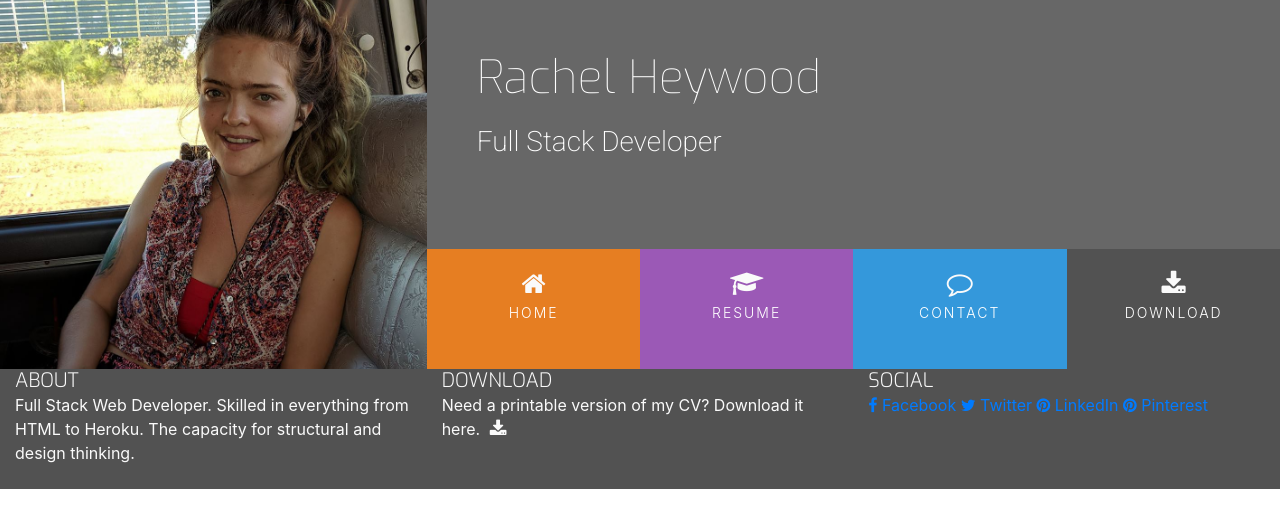
Repository: Heywood93/resume
Page: index.html
The author's editor kept a record of every edit. The page is drawn from the files as they stood at one moment, then again after the next edit.
The browser window is 1280 px wide. The pictures show the whole page.

Above is the page before.

### index.html
<!DOCTYPE html>
<html lang="en">
<head>
    <meta charset="UTF-8">
    <meta name="viewport" content="width=device-width, initial-scale=1.0">
    <meta http-equiv="X-UA-Compatible" content="ie=edge">
    <link rel="stylesheet" href="https://stackpath.bootstrapcdn.com/bootstrap/4.3.1/css/bootstrap.min.css" type="text/css" />
    <link rel="stylesheet" href="https://stackpath.bootstrapcdn.com/font-awesome/4.7.0/css/font-awesome.min.css" type="text/css" />
    <link rel="stylesheet" href="https://cdnjs.cloudflare.com/ajax/libs/hover.css/2.3.1/css/hover-min.css" type="text/css" />
    <link rel="stylesheet" href="assets/css/style.css" type="text/css" />
    <title>Rachel Heywood</title>
</head>
<body>
    <header>
        <div class="row no-gutters">
            <a href="index.html" class="col-md-4 logo">

            </a>
            <div class="col-md-8">
                <div class="row no-gutters bg-color-name-title">
                    <div class="col heading">
                        <h1 class="name">Rachel Heywood</h1>
                        <h2 class="title">Full Stack Developer</h2>
                    </div>
                </div>
                <div class="row no-gutters">
                    <div class="col">
                        <ul id="nav" class="list-inline menucontainer">
                            <li class="col-6 col-sm-3 ui-menu-color-home list-inline-item menuitem">
                                <a href="#" class="hvr-sweep-to-bottom"><i class="fa fa-home" aria-hidden="true"></i><span>Home</span></a>
                            </li>
                            <li class="col-6 col-sm-3 ui-menu-color-resume list-inline-item menuitem">
                                <a href="#" class="hvr-sweep-to-bottom"><i class="fa fa-graduation-cap" aria-hidden="true"></i><span>Resume</span></a>
                            </li>
                            <li class="col-6 col-sm-3 ui-menu-color-contact list-inline-item menuitem">
                                <a href="#" class="hvr-sweep-to-bottom"><i class="fa fa-comment-o" aria-hidden="true"></i><span>Contact</span></a>
                            </li>
                            <li class="col-6 col-sm-3 ui-menu-color-download list-inline-item menuitem">
                                <a href="#" class="hvr-sweep-to-bottom"><i class="fa fa-download" aria-hidden="true"></i><span>Download</span></a>
                            </li>
                        </ul>
                    </div>
                </div>
            </div>
        </div>

    </header>
    <section>

    </section>
    <footer class="container-fluid">
        <div class="row">
            <div class="col-sm-4">
                <h5 class="uppercase general-sub">About</h5>
                <p class="inline-block">
                    Full Stack Web Developer. Skilled in everything from HTML to Heroku.
                    The capacity for structural and design thinking.
                </p>
            </div>
            <div class="col-sm-4">
                <h5 class="uppercase general-sub">Download</h5>
                <p class="inline-block">
                    Need a printable version of my CV? Download it here.
                    <a href="#" target="_blank" class="cv-pdf">
                        <i class="fa fa-download" aria-hidden="true"></i>
                        <span class="sr-only">Download link.</span>
                    </a>
                </p>
            </div>
            <div class="col-sm-4">
                <h5 class="uppercase general-sub">Social</h5>
                <ul class="list-inline social-links">
                    <li class="list-inline-item">
                        <a target="_blank" href="#">
                            <i class="fa fa-facebook" aria-hidden="true"></i>
                            <span class="sr-only"></span><span>Facebook</span>
                        </a>
                    </li>
                    <li class="list-inline-item">
                        <a target="_blank" href="#">
                            <i class="fa fa-twitter" aria-hidden="true"></i>
                            <span class="sr-only"></span><span>Twitter</span>
                        </a>
                    </li>
                    <li class="list-inline-item">
                        <a target="_blank" href="#">
                            <i class="fa fa-pinterest" aria-hidden="true"></i>
                            <span class="sr-only"></span><span>LinkedIn</span>
                        </a>
                    </li>
                    <li class="list-inline-item">
                        <a target="_blank" href="#">
                            <i class="fa fa-pinterest" aria-hidden="true"></i>
                            <span class="sr-only"></span><span>Pinterest</span>
                        </a>
                    </li>
                </ul>
            </div>
        </div>
    </footer>
</body>
</html>

### assets/css/style.css
@import url('https://fonts.googleapis.com/css?family=Roboto:100,200,300,400,500,600,700|Exo:100,200,300,400,500,600,700');

/*----------Colors */

.bg-color-name-title {
    background-color: #676767;
}

.ui-menu-color-home {
    background-color: #e67e22
}

.ui-menu-color-resume {
    background-color: #9b59b6
}

.ui-menu-color-contact {
    background-color: #3498db
}

.ui-menu-color-download {
    background-color: #525252
}

/*----------Special paddings/margins/text */

h1,
h2,
h3,
h4,
h5 {
    margin: 0;
}

.uppercase {
    text-transform: uppercase;
}

.general-sub {
    font-family: "Exo", sans-serif;
    font-weight: 300;
    color: #fafafa;
}

.inline-block {
    display: inline-block;
}

/*----------Heading */

header {
    margin: 0;
}

.heading {
    margin-left: 50px;
}

.logo {
    background: url(../images/profile-picture.jpg);
    background-position: center;
    background-repeat: no-repeat;
    background-size: cover;
    min-height: 360px;
    transition: all .5s ease-in-out;
    -moz-transition: all .5s ease-in-out;
    -webkit-transition: all .5s ease-in-out;
}

.name {
    font-family: "Exo", sans-serif;
    font-weight: 100;
    font-size: 46px;
    margin-top: 50px;
    color: #fff;
}

.title {
    font-family: "Roboto", sans-serif;
    font-weight: 200;
    font-size: 28px;
    margin-top: 20px;
    margin-bottom: 90px;
    color: #fff;
}

.list-inline-item:not(:last-child) {
    margin: 0;
}

.menucontainer {
    font-size: 0;
}

#nav {
    margin: 0;
}

#nav li {
    font-size: 14px;
    padding: 0;
}

.menuitem {
    height: 120px;
    text-align: center;
    padding: 0;
}

.menuitem a {
    width: 100%;
    text-decoration: none;
    color: #fff;
    height: 120px;
}

.menuitem a i {
    padding-top: 22px;
    display: block;
    color: #fafafa;
    font-size: 26px;
}

.menuitem span {
    display: block;
    width: 100%;
    padding-top: 5px;
    text-align: center;
    text-transform: uppercase;
    font-size: 14px;
    font-weight: 300;
    letter-spacing: 2px;
}

/*----------Hover.css */

.hvr-sweep-to-bottom:before {
    background: rgba(0, 0, 0, 0.2);
    height: 120px;
}

/*----------Footer */

footer {
    background-color: #525252;
    color: #fafafa;
    min-height: 120px;
    margin: 0;
}

.cv-pdf i {
    font-size: 18px;
    color: #fafafa;
    text-align: center;
    padding-left: 5px;
    transition: all 0.35s ease-in-out;
    -moz-transition: all 0.35s ease-in-out;
    -webkit-transition: all 0.35s ease-in-out;
    -o-transition: all 0.35s ease-in-out;
}

.cv.pdf i:hover {
    color: #e84610;
}

.socail-links {
    padding-bottom: 15px;
}

.

After the next edit:
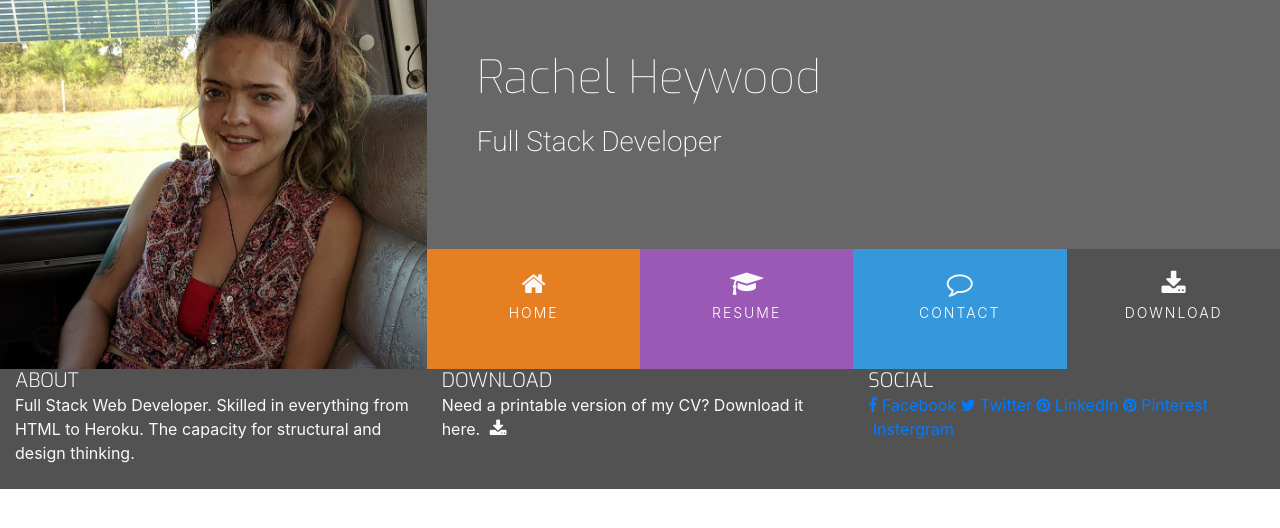
The edit:
--- a/index.html
+++ b/index.html
@@ -94,6 +94,12 @@
                             <span class="sr-only"></span><span>Pinterest</span>
                         </a>
                     </li>
+                    <li class="list-inline-item">
+                        <a target="_blank" href="#">
+                            <i class="fa fa-instergram" aria-hidden="true"></i>
+                            <span class="sr-only"></span><span>Instergram</span>
+                        </a>
+                    </li>
                 </ul>
             </div>
         </div>
